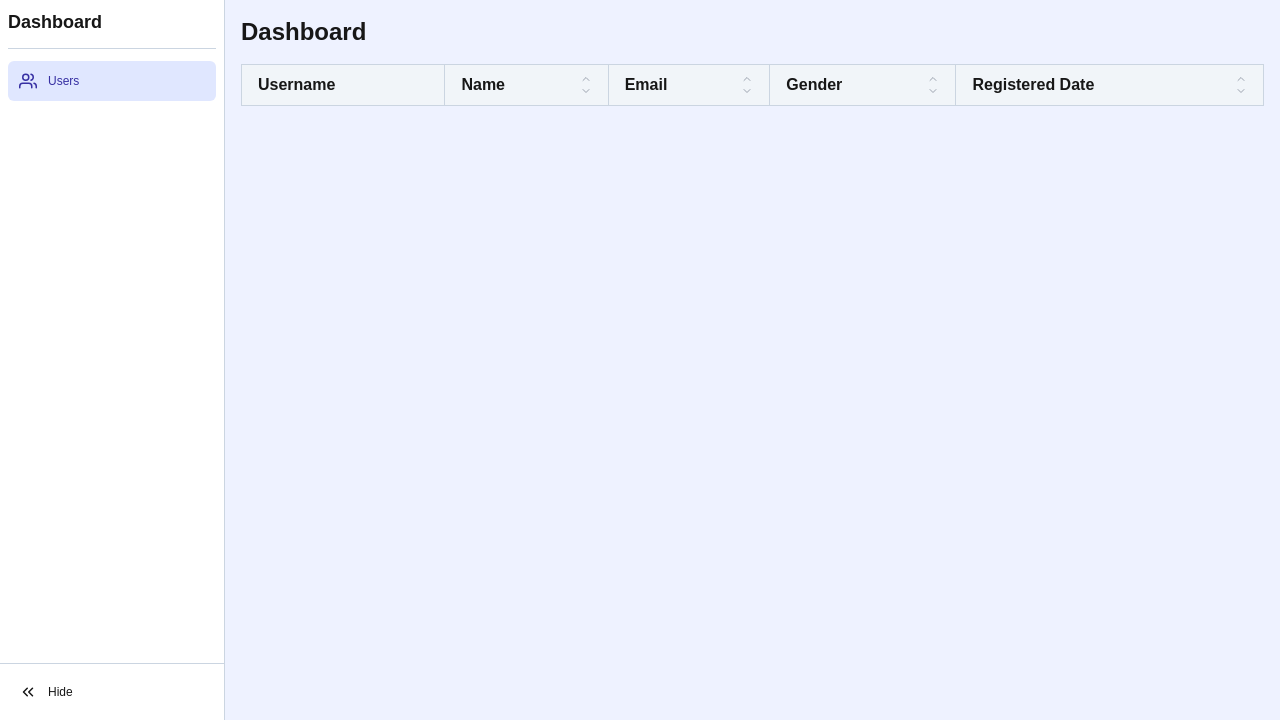
Repository: Ademaulana100499/userdashboard
Page: /
The author's editor kept a copy of each file at every save. The page is drawn from the files as they stood at one save, then again after the next save.
The browser window is 1280 px wide. The pictures show the whole page.
The page's requests for data from a server got no answer. The project was rebuilt for these pictures with package versions that can differ from the ones it lists, and the page was loaded fresh each time. The framework's server and built-in components were replaced by stand-ins that run in the browser. No one was signed in, and anything a server would have sent is missing. Also part of the build but not shown: next.config.mjs.

Above is the page before, as saved 2025-02-14 19:52:46.

### src/components/DashboardContent.jsx
import { FiChevronUp, FiChevronDown } from "react-icons/fi";
import { useState, useEffect } from "react";

const DashboardContent = () => {
  const [data, setData] = useState([]);
  const [sortConfig, setSortConfig] = useState({ key: null, direction: null });

  const fetchData = async () => {
    try {
      const response = await fetch(
        "https://randomuser.me/api/?page=1&pageSize=5&results=10&sortBy=email&sortOrder=ascend"
      );
      const data = await response.json();
      setData(data.results);
    } catch (error) {
      console.error("Error fetching data:", error);
    }
  };

  useEffect(() => {
    fetchData();
  }, []);

  const handleSort = (key) => {
    let direction = "asc";
    if (sortConfig.key === key && sortConfig.direction === "asc") {
      direction = "desc";
    }
    setSortConfig({ key, direction });

    setData(
      [...data].sort((a, b) => {
        const valueA = getNestedValue(a, key);
        const valueB = getNestedValue(b, key);

        if (valueA < valueB) return direction === "asc" ? -1 : 1;
        if (valueA > valueB) return direction === "asc" ? 1 : -1;
        return 0;
      })
    );
  };

  const getNestedValue = (obj, path) => {
    return path
      .split(".")
      .reduce((acc, key) => (acc && acc[key] ? acc[key] : ""), obj);
  };

  const getSortIconStyle = (key, direction) => {
    if (sortConfig.key !== key) return "text-gray-400";
    return direction === sortConfig.direction ? "text-black" : "text-gray-400";
  };

  return (
    <div className="flex-1 p-4">
      <h1 className="text-2xl font-semibold mb-4">Dashboard</h1>
      <table className="min-w-full table-auto border-collapse border border-slate-300">
        <thead>
          <tr className="bg-slate-100">
            <th className="border border-slate-300 px-4 py-2 text-left">
              Username
            </th>
            <th className="border border-slate-300 px-4 py-2 text-left">
              <div className="flex justify-between items-center">
                <span>Name</span>
                <div className="flex flex-col items-center">
                  <FiChevronUp
                    onClick={() => handleSort("name.first")}
                    className={`text-xs cursor-pointer ${getSortIconStyle(
                      "name.first",
                      "asc"
                    )}`}
                  />
                  <FiChevronDown
                    onClick={() => handleSort("name.first")}
                    className={`text-xs cursor-pointer ${getSortIconStyle(
                      "name.first",
                      "desc"
                    )}`}
                  />
                </div>
              </div>
            </th>
            <th className="border border-slate-300 px-4 py-2 text-left">
              <div className="flex justify-between items-center">
                <span>Email</span>
                <div className="flex flex-col items-center">
                  <FiChevronUp
                    onClick={() => handleSort("email")}
                    className={`text-xs cursor-pointer ${getSortIconStyle(
                      "email",
                      "asc"
                    )}`}
                  />
                  <FiChevronDown
                    onClick={() => handleSort("email")}
                    className={`text-xs cursor-pointer ${getSortIconStyle(
                      "email",
                      "desc"
                    )}`}
                  />
                </div>
              </div>
            </th>
            <th className="border border-slate-300 px-4 py-2 text-left">
              <div className="flex justify-between items-center">
                <span>Gender</span>
                <div className="flex flex-col items-center">
                  <FiChevronUp
                    onClick={() => handleSort("gender")}
                    className={`text-xs cursor-pointer ${getSortIconStyle(
                      "gender",
                      "asc"
                    )}`}
                  />
                  <FiChevronDown
                    onClick={() => handleSort("gender")}
                    className={`text-xs cursor-pointer ${getSortIconStyle(
                      "gender",
                      "desc"
                    )}`}
                  />
                </div>
              </div>
            </th>
            <th className="border border-slate-300 px-4 py-2 text-left">
              <div className="flex justify-between items-center">
                <span>Registered Date</span>
                <div className="flex flex-col items-center">
                  <FiChevronUp
                    onClick={() => handleSort("registered.date")}
                    className={`text-xs cursor-pointer ${getSortIconStyle(
                      "registered.date",
                      "asc"
                    )}`}
                  />
                  <FiChevronDown
                    onClick={() => handleSort("registered.date")}
                    className={`text-xs cursor-pointer ${getSortIconStyle(
                      "registered.date",
                      "desc"
                    )}`}
                  />
                </div>
              </div>
            </th>
          </tr>
        </thead>
        <tbody>
          {data.map((user, index) => (
            <tr key={index} className="hover:bg-slate-50">
              <td className="border border-slate-300 px-4 py-2">
                {user.login.username}
              </td>
              <td className="border border-slate-300 px-4 py-2">
                {user.name.title} {user.name.first} {user.name.last}
              </td>
              <td className="border border-slate-300 px-4 py-2">
                {user.email}
              </td>
              <td className="border border-slate-300 px-4 py-2">
                {user.gender}
              </td>
              <td className="border border-slate-300 px-4 py-2">
                {new Date(user.registered.date)
                  .toLocaleString("id-ID", {
                    day: "2-digit",
                    month: "2-digit",
                    year: "numeric",
                    hour: "2-digit",
                    minute: "2-digit",
                  })
                  .replace(",", "")
                  .replace("/", "-")
                  .replace("/", "-")
                  .replace(".", ":")}
              </td>
            </tr>
          ))}
        </tbody>
      </table>
    </div>
  );
};

export default DashboardContent;

Loaded but not shown: src/pages/_app.js (common file); src/pages/_document.js (common file); src/styles/globals.css (common file); tailwind.config.mjs (common file); src/pages/index.js (13 lines, source omitted); src/components/Sidebar.jsx (124 lines, source omitted)

After the next save:
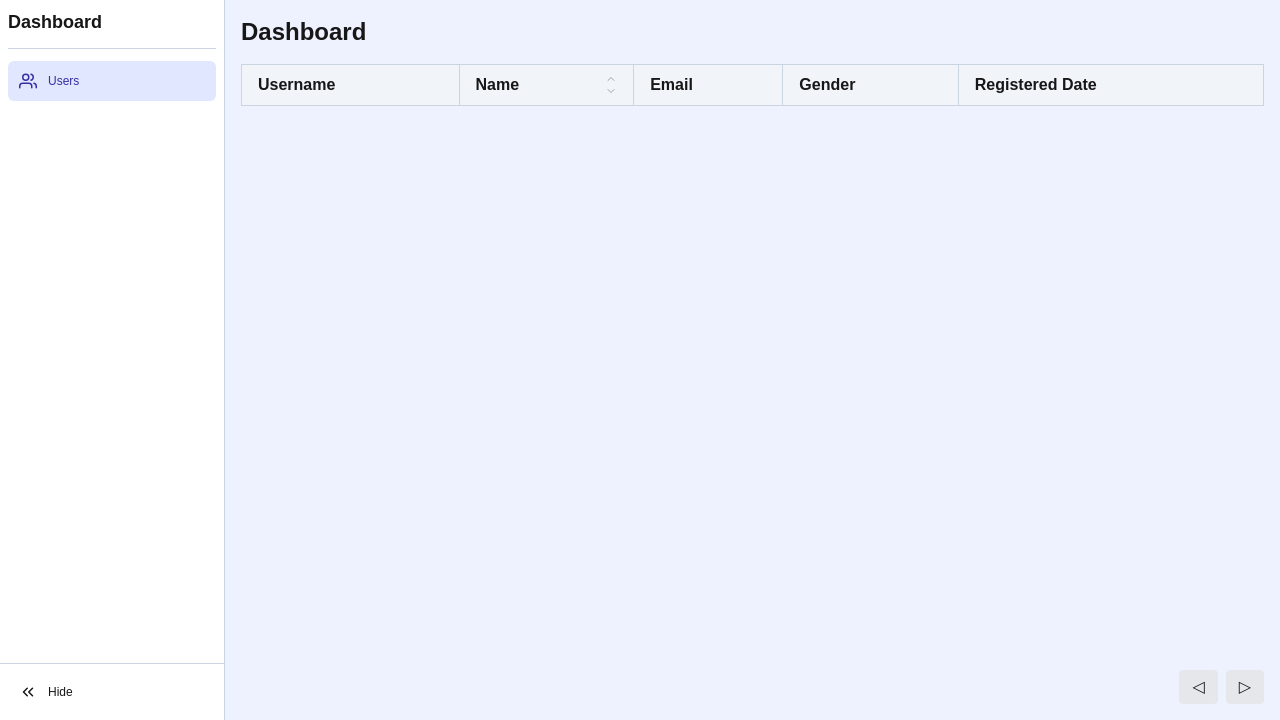
Saved 3 min 28 s later.
--- a/src/components/DashboardContent.jsx
+++ b/src/components/DashboardContent.jsx
@@ -4,12 +4,12 @@
 const DashboardContent = () => {
   const [data, setData] = useState([]);
   const [sortConfig, setSortConfig] = useState({ key: null, direction: null });
+  const [currentPage, setCurrentPage] = useState(1);
+  const itemsPerPage = 5;
 
   const fetchData = async () => {
     try {
-      const response = await fetch(
-        "https://randomuser.me/api/?page=1&pageSize=5&results=10&sortBy=email&sortOrder=ascend"
-      );
+      const response = await fetch("https://randomuser.me/api/?results=20");
       const data = await response.json();
       setData(data.results);
     } catch (error) {
@@ -51,8 +51,14 @@
     return direction === sortConfig.direction ? "text-black" : "text-gray-400";
   };
 
+  const totalPages = Math.ceil(data.length / itemsPerPage);
+  const paginatedData = data.slice(
+    (currentPage - 1) * itemsPerPage,
+    currentPage * itemsPerPage
+  );
+
   return (
-    <div className="flex-1 p-4">
+    <div className="flex-1 p-4 relative">
       <h1 className="text-2xl font-semibold mb-4">Dashboard</h1>
       <table className="min-w-full table-auto border-collapse border border-slate-300">
         <thead>
@@ -82,72 +88,18 @@
               </div>
             </th>
             <th className="border border-slate-300 px-4 py-2 text-left">
-              <div className="flex justify-between items-center">
-                <span>Email</span>
-                <div className="flex flex-col items-center">
-                  <FiChevronUp
-                    onClick={() => handleSort("email")}
-                    className={`text-xs cursor-pointer ${getSortIconStyle(
-                      "email",
-                      "asc"
-                    )}`}
-                  />
-                  <FiChevronDown
-                    onClick={() => handleSort("email")}
-                    className={`text-xs cursor-pointer ${getSortIconStyle(
-                      "email",
-                      "desc"
-                    )}`}
-                  />
-                </div>
-              </div>
+              Email
             </th>
             <th className="border border-slate-300 px-4 py-2 text-left">
-              <div className="flex justify-between items-center">
-                <span>Gender</span>
-                <div className="flex flex-col items-center">
-                  <FiChevronUp
-                    onClick={() => handleSort("gender")}
-                    className={`text-xs cursor-pointer ${getSortIconStyle(
-                      "gender",
-                      "asc"
-                    )}`}
-                  />
-                  <FiChevronDown
-                    onClick={() => handleSort("gender")}
-                    className={`text-xs cursor-pointer ${getSortIconStyle(
-                      "gender",
-                      "desc"
-                    )}`}
-                  />
-                </div>
-              </div>
+              Gender
             </th>
             <th className="border border-slate-300 px-4 py-2 text-left">
-              <div className="flex justify-between items-center">
-                <span>Registered Date</span>
-                <div className="flex flex-col items-center">
-                  <FiChevronUp
-                    onClick={() => handleSort("registered.date")}
-                    className={`text-xs cursor-pointer ${getSortIconStyle(
-                      "registered.date",
-                      "asc"
-                    )}`}
-                  />
-                  <FiChevronDown
-                    onClick={() => handleSort("registered.date")}
-                    className={`text-xs cursor-pointer ${getSortIconStyle(
-                      "registered.date",
-                      "desc"
-                    )}`}
-                  />
-                </div>
-              </div>
+              Registered Date
             </th>
           </tr>
         </thead>
         <tbody>
-          {data.map((user, index) => (
+          {paginatedData.map((user, index) => (
             <tr key={index} className="hover:bg-slate-50">
               <td className="border border-slate-300 px-4 py-2">
                 {user.login.username}
@@ -162,23 +114,40 @@
                 {user.gender}
               </td>
               <td className="border border-slate-300 px-4 py-2">
-                {new Date(user.registered.date)
-                  .toLocaleString("id-ID", {
-                    day: "2-digit",
-                    month: "2-digit",
-                    year: "numeric",
-                    hour: "2-digit",
-                    minute: "2-digit",
-                  })
-                  .replace(",", "")
-                  .replace("/", "-")
-                  .replace("/", "-")
-                  .replace(".", ":")}
+                {new Date(user.registered.date).toLocaleDateString()}
               </td>
             </tr>
           ))}
         </tbody>
       </table>
+
+      {/* Pagination */}
+      <div className="absolute bottom-4 right-4 flex space-x-2 mt-4">
+        <button
+          onClick={() => setCurrentPage((prev) => Math.max(prev - 1, 1))}
+          className="px-3 py-1 border rounded bg-gray-200">
+          &#9665;
+        </button>
+        {Array.from({ length: totalPages }, (_, index) => (
+          <button
+            key={index}
+            onClick={() => setCurrentPage(index + 1)}
+            className={`px-3 py-1 border rounded ${
+              currentPage === index + 1
+                ? "bg-blue-500 text-white"
+                : "bg-gray-200"
+            }`}>
+            {index + 1}
+          </button>
+        ))}
+        <button
+          onClick={() =>
+            setCurrentPage((prev) => Math.min(prev + 1, totalPages))
+          }
+          className="px-3 py-1 border rounded bg-gray-200">
+          &#9655;
+        </button>
+      </div>
     </div>
   );
 };

After the save that followed:
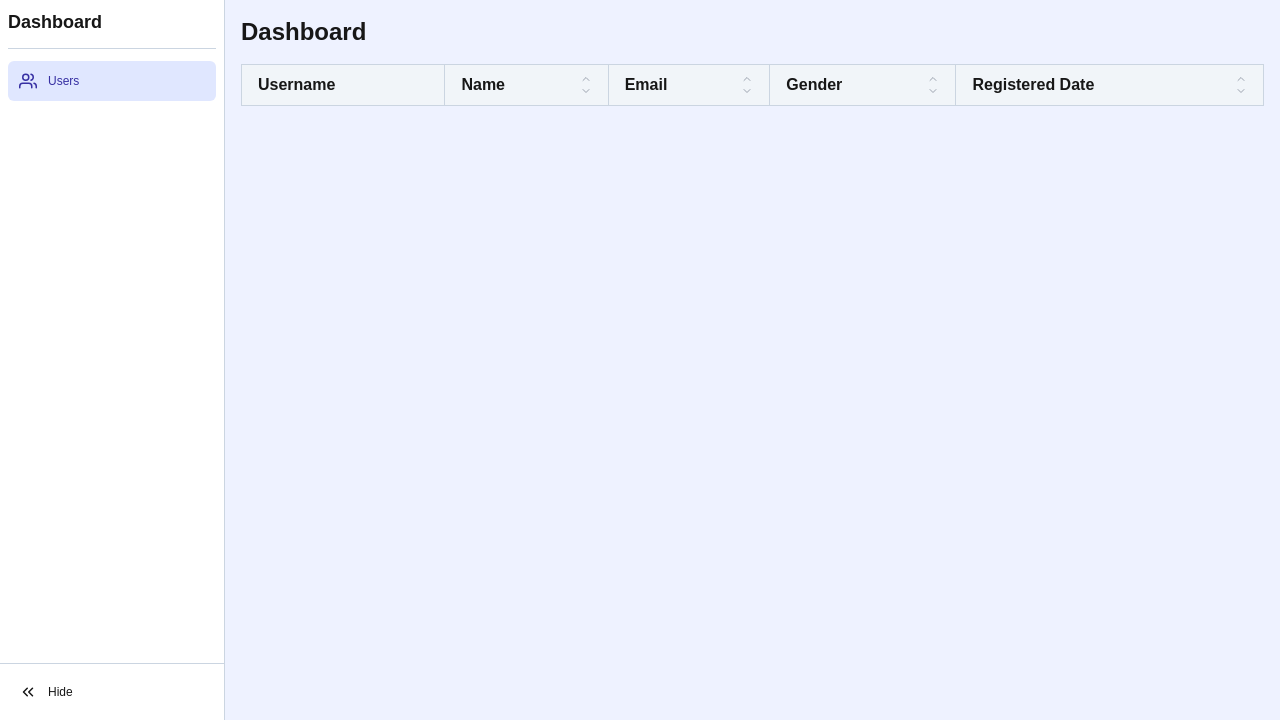
Saved 47 s later.
--- a/src/components/DashboardContent.jsx
+++ b/src/components/DashboardContent.jsx
@@ -4,12 +4,12 @@
 const DashboardContent = () => {
   const [data, setData] = useState([]);
   const [sortConfig, setSortConfig] = useState({ key: null, direction: null });
-  const [currentPage, setCurrentPage] = useState(1);
-  const itemsPerPage = 5;
 
   const fetchData = async () => {
     try {
-      const response = await fetch("https://randomuser.me/api/?results=20");
+      const response = await fetch(
+        "https://randomuser.me/api/?page=1&pageSize=5&results=10&sortBy=email&sortOrder=ascend"
+      );
       const data = await response.json();
       setData(data.results);
     } catch (error) {
@@ -51,14 +51,8 @@
     return direction === sortConfig.direction ? "text-black" : "text-gray-400";
   };
 
-  const totalPages = Math.ceil(data.length / itemsPerPage);
-  const paginatedData = data.slice(
-    (currentPage - 1) * itemsPerPage,
-    currentPage * itemsPerPage
-  );
-
   return (
-    <div className="flex-1 p-4 relative">
+    <div className="flex-1 p-4">
       <h1 className="text-2xl font-semibold mb-4">Dashboard</h1>
       <table className="min-w-full table-auto border-collapse border border-slate-300">
         <thead>
@@ -88,18 +82,72 @@
               </div>
             </th>
             <th className="border border-slate-300 px-4 py-2 text-left">
-              Email
+              <div className="flex justify-between items-center">
+                <span>Email</span>
+                <div className="flex flex-col items-center">
+                  <FiChevronUp
+                    onClick={() => handleSort("email")}
+                    className={`text-xs cursor-pointer ${getSortIconStyle(
+                      "email",
+                      "asc"
+                    )}`}
+                  />
+                  <FiChevronDown
+                    onClick={() => handleSort("email")}
+                    className={`text-xs cursor-pointer ${getSortIconStyle(
+                      "email",
+                      "desc"
+                    )}`}
+                  />
+                </div>
+              </div>
             </th>
             <th className="border border-slate-300 px-4 py-2 text-left">
-              Gender
+              <div className="flex justify-between items-center">
+                <span>Gender</span>
+                <div className="flex flex-col items-center">
+                  <FiChevronUp
+                    onClick={() => handleSort("gender")}
+                    className={`text-xs cursor-pointer ${getSortIconStyle(
+                      "gender",
+                      "asc"
+                    )}`}
+                  />
+                  <FiChevronDown
+                    onClick={() => handleSort("gender")}
+                    className={`text-xs cursor-pointer ${getSortIconStyle(
+                      "gender",
+                      "desc"
+                    )}`}
+                  />
+                </div>
+              </div>
             </th>
             <th className="border border-slate-300 px-4 py-2 text-left">
-              Registered Date
+              <div className="flex justify-between items-center">
+                <span>Registered Date</span>
+                <div className="flex flex-col items-center">
+                  <FiChevronUp
+                    onClick={() => handleSort("registered.date")}
+                    className={`text-xs cursor-pointer ${getSortIconStyle(
+                      "registered.date",
+                      "asc"
+                    )}`}
+                  />
+                  <FiChevronDown
+                    onClick={() => handleSort("registered.date")}
+                    className={`text-xs cursor-pointer ${getSortIconStyle(
+                      "registered.date",
+                      "desc"
+                    )}`}
+                  />
+                </div>
+              </div>
             </th>
           </tr>
         </thead>
         <tbody>
-          {paginatedData.map((user, index) => (
+          {data.map((user, index) => (
             <tr key={index} className="hover:bg-slate-50">
               <td className="border border-slate-300 px-4 py-2">
                 {user.login.username}
@@ -114,40 +162,23 @@
                 {user.gender}
               </td>
               <td className="border border-slate-300 px-4 py-2">
-                {new Date(user.registered.date).toLocaleDateString()}
+                {new Date(user.registered.date)
+                  .toLocaleString("id-ID", {
+                    day: "2-digit",
+                    month: "2-digit",
+                    year: "numeric",
+                    hour: "2-digit",
+                    minute: "2-digit",
+                  })
+                  .replace(",", "")
+                  .replace("/", "-")
+                  .replace("/", "-")
+                  .replace(".", ":")}
               </td>
             </tr>
           ))}
         </tbody>
       </table>
-
-      {/* Pagination */}
-      <div className="absolute bottom-4 right-4 flex space-x-2 mt-4">
-        <button
-          onClick={() => setCurrentPage((prev) => Math.max(prev - 1, 1))}
-          className="px-3 py-1 border rounded bg-gray-200">
-          &#9665;
-        </button>
-        {Array.from({ length: totalPages }, (_, index) => (
-          <button
-            key={index}
-            onClick={() => setCurrentPage(index + 1)}
-            className={`px-3 py-1 border rounded ${
-              currentPage === index + 1
-                ? "bg-blue-500 text-white"
-                : "bg-gray-200"
-            }`}>
-            {index + 1}
-          </button>
-        ))}
-        <button
-          onClick={() =>
-            setCurrentPage((prev) => Math.min(prev + 1, totalPages))
-          }
-          className="px-3 py-1 border rounded bg-gray-200">
-          &#9655;
-        </button>
-      </div>
     </div>
   );
 };
